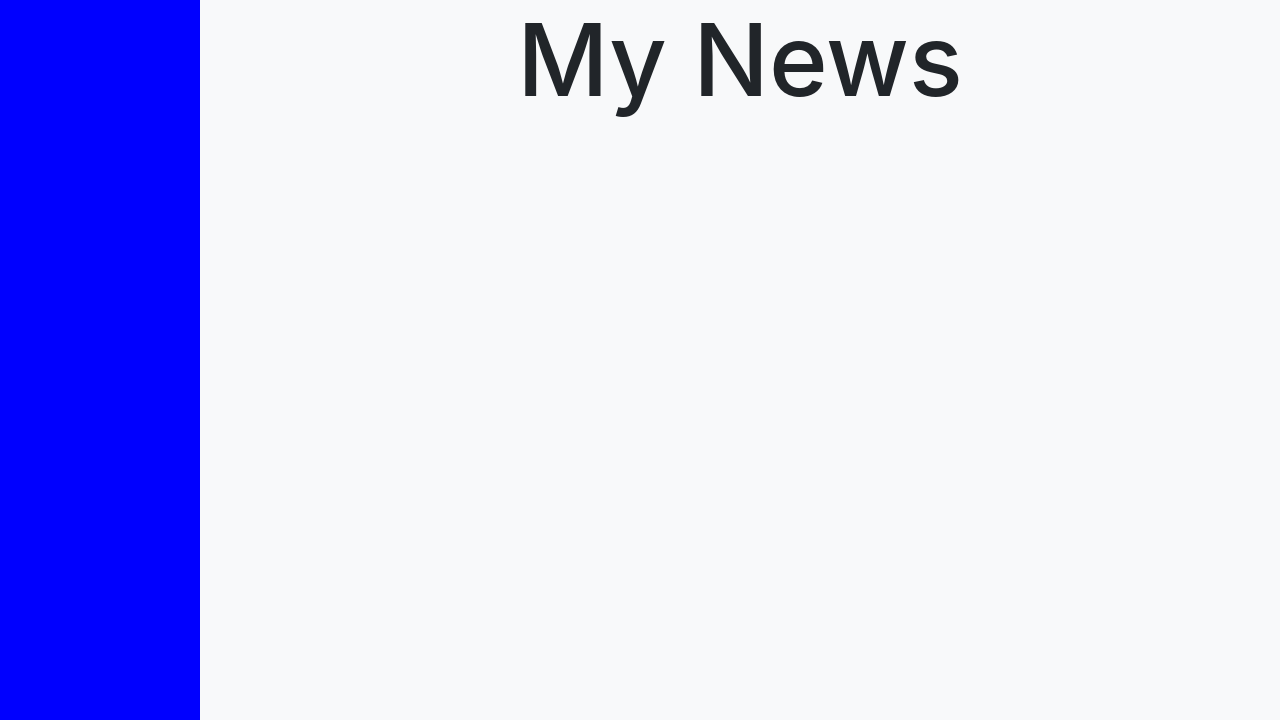
Repository: tts2610/GoogleNews
Page: index.html
An editor plug-in stored every save of this project. The page is shown before and after the next save, followed by the edit.
The browser window is 1280 px wide. The pictures show the whole page.
The page's requests for data from a server got no answer.

Above is the page before, as saved 2020-05-20 15:45:34.

### index.html
<!DOCTYPE html>
<html lang="en">

<head>
    <meta charset="UTF-8">
    <meta name="viewport" content="width=device-width, initial-scale=1.0">
    <title>Document</title>
    <link rel="stylesheet" href="https://maxcdn.bootstrapcdn.com/bootstrap/4.4.1/css/bootstrap.min.css">

    <!-- jQuery library -->
    <script src="https://ajax.googleapis.com/ajax/libs/jquery/3.5.1/jquery.min.js"></script>

    <!-- Popper JS -->
    <script src="https://cdnjs.cloudflare.com/ajax/libs/popper.js/1.16.0/umd/popper.min.js"></script>

    <!-- Latest compiled JavaScript -->
    <script src="https://maxcdn.bootstrapcdn.com/bootstrap/4.4.1/js/bootstrap.min.js"></script>
    <link rel="stylesheet" href="css/style.css">

    <link href="https://unpkg.com/aos@2.3.1/dist/aos.css" rel="stylesheet">
</head>

<body>
    <div class="myContainer">
        <div class="sidenav"></div>
        <div class="content" id="myContent">
            <div class="content-header mb-4">
                <h1 style="font-size: 100px; text-align: center;">My News</h1>
            </div>
            <!-- <div class="row">
                <div class="col-4 d-flex">
                    <div class="blog-entry-left">
                        <div>
                            <img src="img/image_8.jpg" width="200" height="200">
                        </div>
                        <div class="text p-4" style="text-align: center;">
                            <h3 class="mb-2"><a href="single.html">A Loving Heart is the Truest Wisdom</a></h3>
                            <div class="meta-wrap">
                                <p class="meta">
                                    <span><i class="icon-calendar mr-2"></i>Sept. 10, 2019</span>
                                    <span><a href="single.html"><i class="icon-folder-o mr-2"></i>Travel</a></span>
                                    <span><i class="icon-comment2 mr-2"></i>5 Comment</span>
                                </p>
                            </div>
                            <p class="mb-4">A small river named Duden flows by their place and supplies</p>
                            <p><a href="#" class="btn-custom">Read More <span class="ion-ios-arrow-forward"></span></a></p>
                        </div>
                    </div>
                </div>
                <div class="col-8 d-flex">
                    <div class="row">
                        <div class="col-md-12">
                            <div class="blog-entry ftco-animate d-md-flex align-items-center">
                                <div class="text text-2 text-md-right p-4">
                                    <h3 class="mb-2"><a href="single.html">A Loving Heart is the Truest Wisdom</a></h3>
                                    <div class="meta-wrap">
                                        <p class="meta">
                                            <span><i class="icon-calendar mr-2"></i>Sept. 10, 2019</span>
                                            <span><a href="single.html"><i class="icon-folder-o mr-2"></i>Travel</a></span>
                                            <span><i class="icon-comment2 mr-2"></i>5 Comment</span>
                                        </p>
                                    </div>
                                    <p class="mb-4">A small river named Duden flows by their place and supplies</p>
                                    <p><a href="#" class="btn-custom">Read More <span class="ion-ios-arrow-forward"></span></a></p>
                                </div>
                                <div class="news-img"><img src="img/image_8.jpg" width="200" height="200"></div>
                            </div>
                        </div>
                        <div class="col-md-12">
                            <div class="blog-entry ftco-animate d-md-flex align-items-center">
                                <div class="text text-2 text-md-right p-4">
                                    <h3 class="mb-2"><a href="single.html">A Loving Heart is the Truest Wisdom</a></h3>
                                    <div class="meta-wrap">
                                        <p class="meta">
                                            <span><i class="icon-calendar mr-2"></i>Sept. 10, 2019</span>
                                            <span><a href="single.html"><i class="icon-folder-o mr-2"></i>Travel</a></span>
                                            <span><i class="icon-comment2 mr-2"></i>5 Comment</span>
                                        </p>
                                    </div>
                                    <p class="mb-4">A small river named Duden flows by their place and supplies</p>
                                    <p><a href="#" class="btn-custom">Read More <span class="ion-ios-arrow-forward"></span></a></p>
                                </div>
                                <div class="news-img"><img src="img/image_8.jpg" width="200" height="200"></div>
                            </div>
                        </div>
                    </div>
                </div>
            </div> -->
            <!-- <button type="button" id="loadMoreBtn" class="btn btn-success my-3" style="margin-left: 470px;">Load more...</button> -->
            <!-- <div class="row">
                <div class="col-4 d-flex">
                    <div class="blog-entry-left">
                        <div>
                            <img src="img/image_8.jpg" width="200" height="200">
                        </div>
                        <div class="text p-4" style="text-align: center;">
                            <h3 class="mb-2"><a href="single.html">A Loving Heart is the Truest Wisdom</a></h3>
                            <div class="meta-wrap">
                                <p class="meta">
                                    <span><i class="icon-calendar mr-2"></i>Sept. 10, 2019</span>
                                    <span><a href="single.html"><i class="icon-folder-o mr-2"></i>Travel</a></span>
                                    <span><i class="icon-comment2 mr-2"></i>5 Comment</span>
                                </p>
                            </div>
                            <p class="mb-4">A small river named Duden flows by their place and supplies</p>
                            <p><a href="#" class="btn-custom">Read More <span class="ion-ios-arrow-forward"></span></a></p>
                        </div>
                    </div>
                </div>
                <div class="col-8 d-flex">
                    <div class="row">
                        <div class="col-md-12">
                            <div class="blog-entry ftco-animate d-md-flex align-items-center">
                                <div class="text text-2 text-md-right p-4">
                                    <h3 class="mb-2"><a href="single.html">A Loving Heart is the Truest Wisdom</a></h3>
                                    <div class="meta-wrap">
                                        <p class="meta">
                                            <span><i class="icon-calendar mr-2"></i>Sept. 10, 2019</span>
                                            <span><a href="single.html"><i class="icon-folder-o mr-2"></i>Travel</a></span>
                                            <span><i class="icon-comment2 mr-2"></i>5 Comment</span>
                                        </p>
                                    </div>
                                    <p class="mb-4">A small river named Duden flows by their place and supplies</p>
                                    <p><a href="#" class="btn-custom">Read More <span class="ion-ios-arrow-forward"></span></a></p>
                                </div>
                                <div class="news-img"><img src="img/image_8.jpg" width="200" height="200"></div>
                            </div>
                        </div>
                        <div class="col-md-12">
                            <div class="blog-entry ftco-animate d-md-flex align-items-center">
                                <div class="text text-2 text-md-right p-4">
                                    <h3 class="mb-2"><a href="single.html">A Loving Heart is the Truest Wisdom</a></h3>
                                    <div class="meta-wrap">
                                        <p class="meta">
                                            <span><i class="icon-calendar mr-2"></i>Sept. 10, 2019</span>
                                            <span><a href="single.html"><i class="icon-folder-o mr-2"></i>Travel</a></span>
                                            <span><i class="icon-comment2 mr-2"></i>5 Comment</span>
                                        </p>
                                    </div>
                                    <p class="mb-4">A small river named Duden flows by their place and supplies</p>
                                    <p><a href="#" class="btn-custom">Read More <span class="ion-ios-arrow-forward"></span></a></p>
                                </div>
                                <div class="news-img"><img src="img/image_8.jpg" width="200" height="200"></div>
                            </div>
                        </div>
                    </div>
                </div>
            </div> -->
        </div>
    </div>

    <script src="js/script.js"></script>
    <script src="https://unpkg.com/aos@2.3.1/dist/aos.js"></script>
    <script>
        AOS.init();
    </script>
</body>

</html>

### css/style.css
body {
    margin: 0 font-family: 'Open Sans', sans-serif;
}

.myContainer {
    display: flex;
    justify-content: start;
}

.sidenav {
    min-height: 100vh;
    width: 200px;
    float: left;
    position: relative;
    background-color: blue;
}

.content {
    height: 100vh;
    width: calc(100% - 200px);
    float: right;
    position: relative;
    background-color: #f8f9fa;
    overflow-y: scroll;
}

.blog-entry-left {
    display: flex;
    flex-direction: column;
    align-items: center;
}

.row {
    padding: 20px;
}

### js/script.js
let newsList = [];
const apiKey = "2dc86bcdc7184b17b45b74b30858f75a"
const loadNews = async() => {
    let url = `https://newsapi.org/v2/top-headlines?country=us&apiKey=${apiKey}`;
    let data = await fetch(url);
    let result = await data.json();

    $("#myContent").append(render(result));
}

function render(result) {
    let innerHtml = '';
    let firstNum = 0;
    let midNum;
    let lastNum;
    result.articles.forEach((x, i) => {
        if (i == firstNum) {
            innerHtml += `<div class="row">
            <div class="col-4 d-flex">
                <div class="blog-entry-left">
                    <div>
                        <img src="${x.urlToImage}" width="200" height="200">
                    </div>
                    <div class="text p-4" style="text-align: center;">
                        <h3 class="mb-2"><a href="single.html">${x.title}</a></h3>
                        <div class="meta-wrap">
                            <p class="meta">
                                <span><i class="icon-calendar mr-2"></i>${x.publishedAt}</span>
                                <span><a href="single.html"><i class="icon-folder-o mr-2"></i>${x.source.name}</a></span>
                                <span><i class="icon-comment2 mr-2"></i>5 Comment</span>
                            </p>
                        </div>
                        <p class="mb-4">${x.description}</p>
                        <p><a href="#" class="btn-custom">Read More <span class="ion-ios-arrow-forward"></span></a></p>
                    </div>
                </div>
            </div>`
            midNum = i + 1;
            firstNum = firstNum + 3;
        }
        if (i == midNum) {
            innerHtml += `<div class="col-8 d-flex">
            <div class="row">
                <div class="col-md-12">
                    <div class="blog-entry ftco-animate d-md-flex align-items-center">
                        <div class="text text-2 text-md-right pr-4">
                            <h3 class="mb-2"><a href="single.html">${x.title}</a></h3>
                            <div class="meta-wrap">
                                <p class="meta">
                                    <span><i class="icon-calendar mr-2"></i>${x.publishedAt}</span>
                                    <span><a href="single.html"><i class="icon-folder-o mr-2"></i>${x.source.name}</a></span>
                                    <span><i class="icon-comment2 mr-2"></i>5 Comment</span>
                                </p>
                            </div>
                            <p class="mb-4">${x.description}</p>
                            <p><a href="#" class="btn-custom">Read More <span class="ion-ios-arrow-forward"></span></a></p>
                        </div>
                        <div class="news-img"><img src="${x.urlToImage}" width="200" height="200"></div>
                    </div>
                </div>`
            lastNum = i + 1;
        }
        if (i == lastNum) {
            innerHtml += `<div class="col-md-12">
            <div class="blog-entry ftco-animate d-md-flex align-items-center">
                <div class="text text-2 text-md-right pr-4">
                    <h3 class="mb-2"><a href="single.html">${x.title}</a></h3>
                    <div class="meta-wrap">
                        <p class="meta">
                            <span><i class="icon-calendar mr-2"></i>${x.publishedAt}</span>
                            <span><a href="single.html"><i class="icon-folder-o mr-2"></i>${x.source.name}</a></span>
                            <span><i class="icon-comment2 mr-2"></i>5 Comment</span>
                        </p>
                    </div>
                    <p class="mb-4">${x.description}</p>
                    <p><a href="#" class="btn-custom">Read More <span class="ion-ios-arrow-forward"></span></a></p>
                </div>
                <div class="news-img"><img src="${x.urlToImage}" width="200" height="200"></div>
            </div>
        </div>
    </div>
</div>
</div>`
        }


    });
    return innerHtml;
}

loadNews();

After the next save:
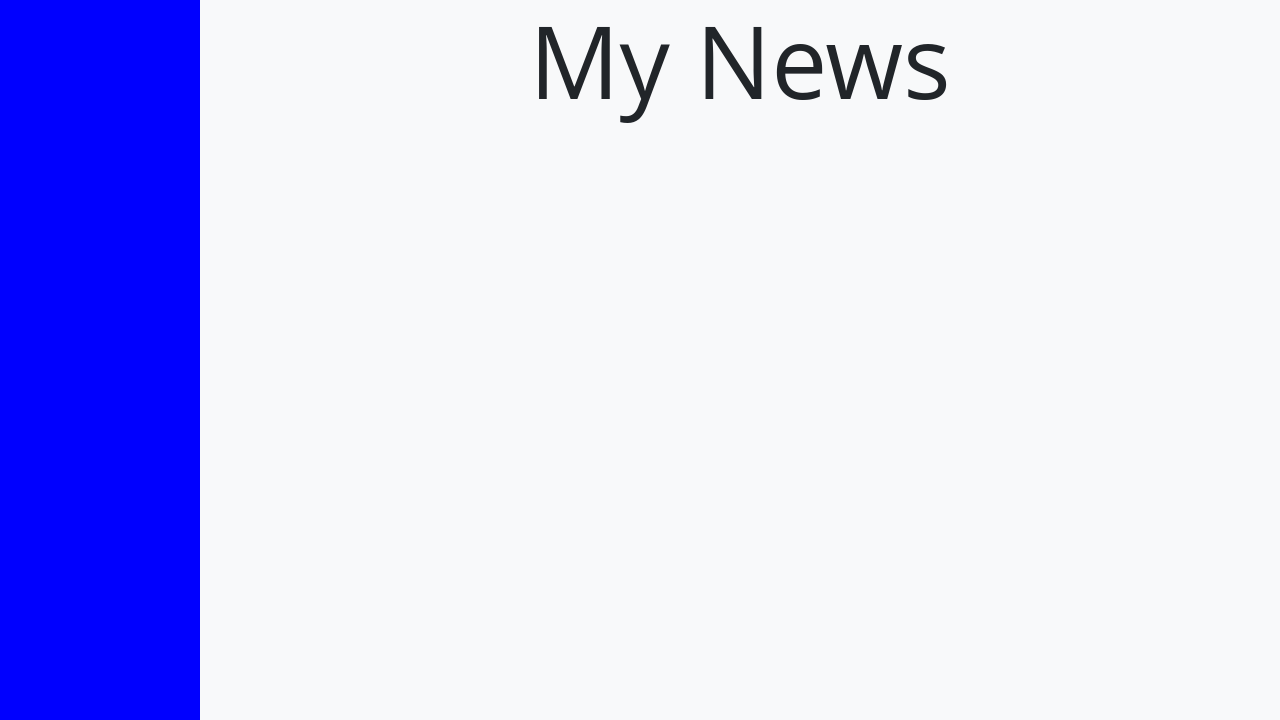
Saved 7 s later.
--- a/css/style.css
+++ b/css/style.css
@@ -1,5 +1,6 @@
 body {
-    margin: 0 font-family: 'Open Sans', sans-serif;
+    margin: 0;
+    font-family: 'Open Sans', sans-serif;
 }
 
 .myContainer {
